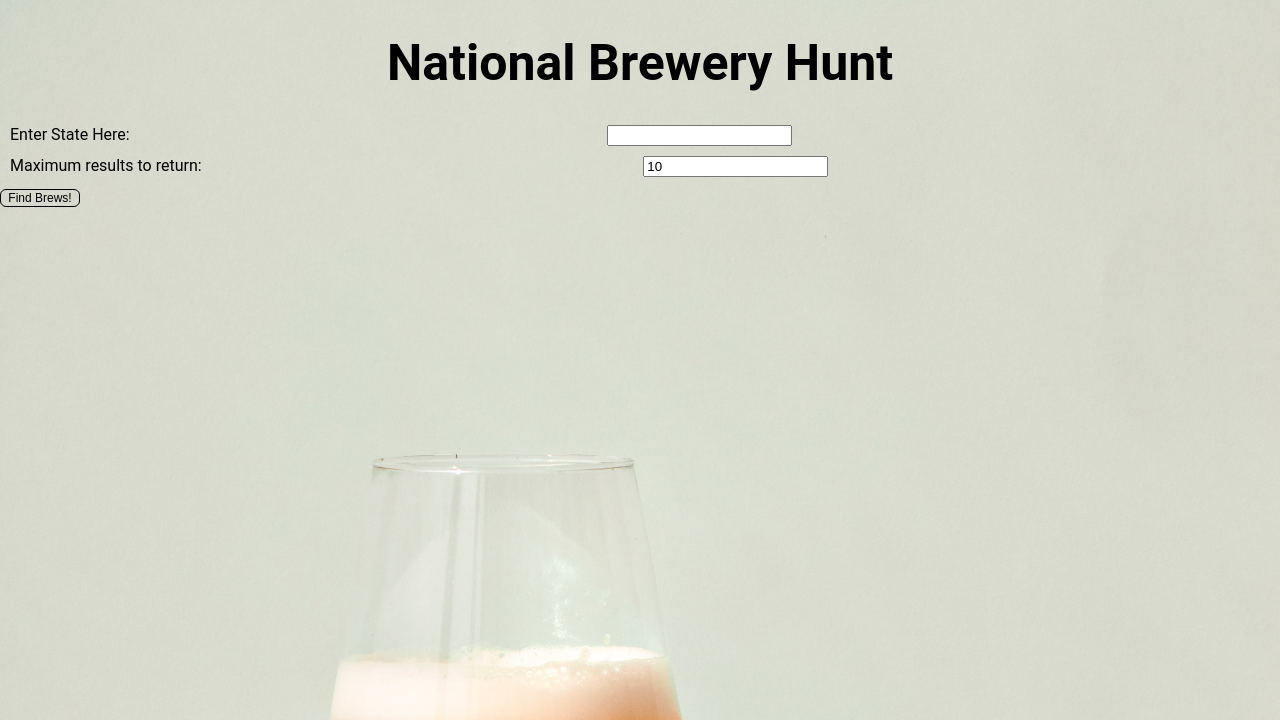
Repository: kaitlynMidori/searchBrews
Page: index.html
The author's editor kept a copy of each file at every save. The page is drawn from the files as they stood at one save, then again after the next save.
The browser window is 1280 px wide. The pictures show the whole page.

Above is the page before, as saved 2021-01-08 14:04:48.

### index.html
<!DOCTYPE html>
<html lang="en">

<head>
    <meta charset="UTF-8" />
    <meta name="viewport" content="width=device-width, initial-scale=1.0" />
    <meta http-equiv="X-UA-Compatible" content="ie=edge" />
    <title>National Brewery Hunt</title>
    <link rel="stylesheet" href="style.css" />
</head>

<body>
    <div id="container">
        <h1>National Brewery Hunt</h1>

        <form id="search-form">
            <p>
                <label for="by_state">Enter State Here:</label>
                    <input type="text" name="by_state" id="by_state" required />
            </p>

            <p>
                <label for="max-results">Maximum results to return: </label>
                    <input type="number" name="max-results" id="max-results" value="10" />
            </p>

                <input type="submit" value="Find Brews!" class="submit" />
        </form>

        <p id="error-message"></p>
        <section id="results" class="hidden">
            <h2>Search results</h2>
            <ol id="results-list"></ol>
        </section>
    </div>
    <script src="https://code.jquery.com/jquery-3.3.1.js" integrity="sha256-2Kok7MbOyxpgUVvAk/HJ2jigOSYS2auK4Pfzbm7uH60=" crossorigin="anonymous"></script>
    <script src="app.js"></script>
</body>

</html>
<!-- This app doesn't follow a11y best practices, and the JS file is incomplete. Complete the getBreweries, displayResults, and watchSubmit functions. When you're done, this app should allow a user to search for a state, and display a list of breweries in that state. The list should include the brewery's name and a link to their website. You should make requests to this API: https://www.openbrewerydb.org/ . Make any necessary adjustments to make this app accessible. -->

### style.css

body {
    font-family: "Roboto", sans-serif;
    color: black;
    margin: 0;
    background: cover;
    background-image: url("screenshots/beer.jpg");
    background-repeat: repeat;
    background-size: cover;
    background-color: black;
}

.results-amount {
    border: 1px solid black;
    font-size: 12px;
    text-align: center;
}

.submit {
    border: 1px solid black;
}

.hidden {
    display: none;
}

h1  {
    text-align: center;
    font-size: 50px;
}

/* .search-form {
    text-align: center;
    display: flex;
    flex-direction: column;
    width: auto;
    border: 1px solid black;
    padding: 30px;
    margin-left: 100px;
    margin-right: 100px;
    margin-bottom: 50px;
    border-radius: 8px;
} */

legend {
    text-align: center;
}

p {
    margin: 10px;
    display: flex;
    width: auto;
    justify-content: left;
}

.input {
    justify-content: center;
    margin: auto;
}

#max-results {
    justify-content: center;
    margin: auto;
}

#by_state {
    justify-content: center;
    margin: auto;
}

.results-amount {
    margin: auto;
    width: 50px;
    height: 25px;
    padding: 0px;
    text-align: center;
    margin-bottom: 10px;
    margin-top: 10px;
    border-radius: 6px;
}

.submit {
    background-color: transparent;
    width: 80px;
    height: 18px;
    margin: auto;
    border-radius: 6px;
    padding: 1px;
    font-size: 12px;
}



.submit:hover {
    cursor: pointer;
}

.results-amount:hover {
    cursor: text;
}


/*Results Styling*/

.results-display-container {
    margin: auto;
}

.single-result {
    border: 1px solid rgb(177, 175, 175);
    margin: auto;
    border-radius: 8px;
    box-shadow: -1px 2px rgb(209, 209, 209);
    padding: 15px;
    width: 1000px;
    margin-bottom: 15px;
}

### app.js
"use strict";

const searchURL = ("https://api.openbrewerydb.org/breweries");

 //format query params
function formatQueryParams(params) {
    //return object array with params
   const queryItems = Object.keys(params)
   //produce object map param string key
     .map(key => `${key}=${params[key]}`)
     //return array as string
   return queryItems.join('&');
 }

function displayResults(responseJson, maxResults) {

    // if there are previous results, remove them
    console.log(responseJson);
    $("#results-list").empty();

    // iterate through the data array
    // list brewery name, city, url
    for (let i = 0; i < responseJson.length; i++) {
    $("#results-list").append(`<li class="each-product-result">

    <h3 class="product-name">${responseJson[i].name}</h3>
    <p class="product-price">${responseJson[i].city}</p>
    <p>Brewery page: <a href=${responseJson[i].website_url}>${responseJson[i].website_url}</a></p><br>
    <br>
    </li>`
      )
  };
    //display the results section
    $("#results").removeClass("hidden");
}

//getBreweries function
function getBreweries(query, maxResults) {
    //set API paramaters
    const params = {
        by_state: query,
        per_page: maxResults,
    };
    //declare queryString as formatQueryParams
    const queryString = formatQueryParams(params);
    //declare url to bind user input string to searchUrl
    const url = searchURL + "?" + queryString;
    console.log(url);
    //initiate fetch request using pure promise to get JSON object
    fetch(url)
    //check for resolved promise
        .then((response) => {
            // if response = true
            if (response.ok) {
                //return response object
                return response.json();
            }
            //raise exception to reject promise error and trigger .catch
            throw new Error(response.statusText);
        })
        .then((responseJson) => displayResults(responseJson, maxResults))
        //Catch any errors and return message
        .catch((err) => {
            $("#error-message").text(`Something went wrong: ${err.message}`);
        });
}

function watchForm() {
    // Bind an event handler to the “submit” JavaScript event
    $("form").submit((event) => {
        // If this method is called, the default action of the event will not be triggered.
        event.preventDefault();
        let by_state = $("#by_state").val();
	// by_state = by_state.replace(/\s/g, '');
        const maxResults = $("#max-results").val();
        getBreweries(by_state, maxResults);
    });
}

//call jQuery to pass in callback function when page loads
$(watchForm);

After the next save:
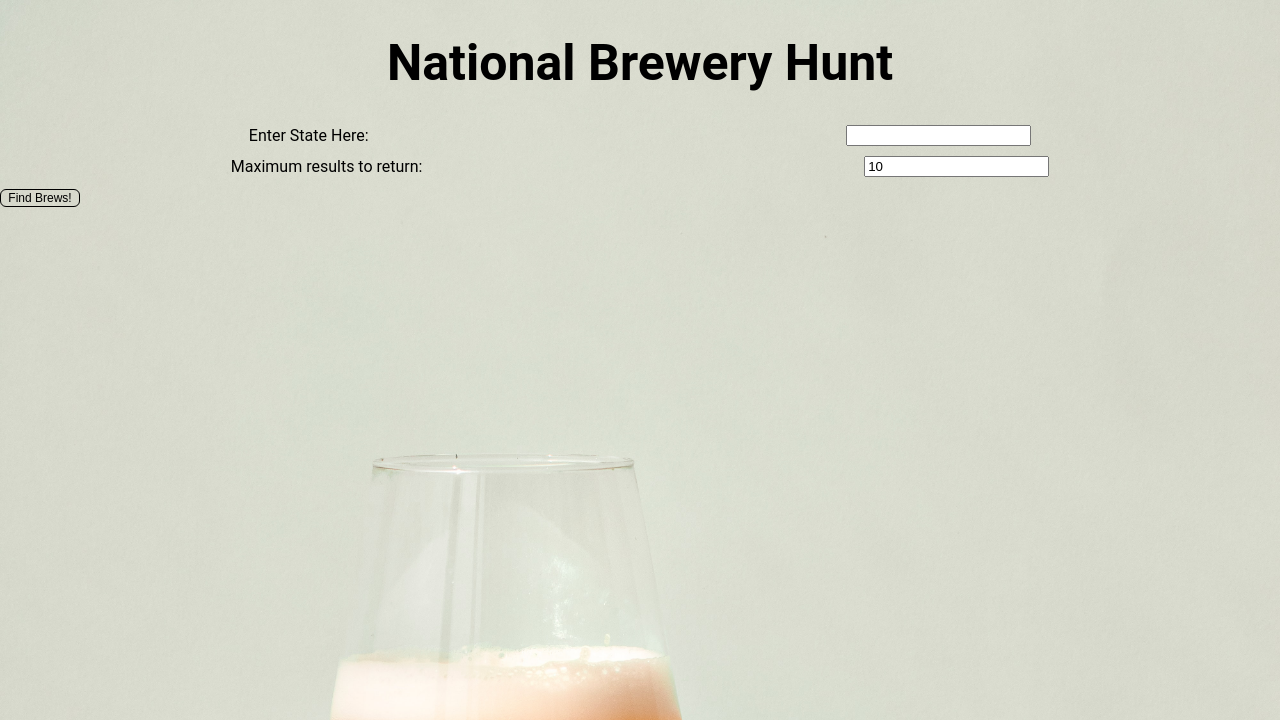
Saved 8 s later.
--- a/style.css
+++ b/style.css
@@ -52,8 +52,7 @@ p {
     width: auto;
     justify-content: left;
 }
-
-.input {
+label {
     justify-content: center;
     margin: auto;
 }
